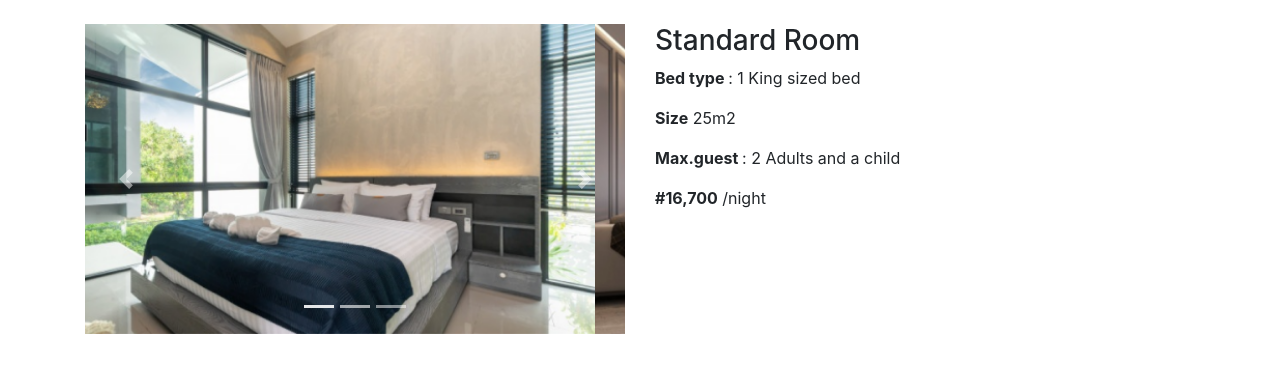
Repository: Syfon01/hotel-website
Page: room.html
These files come from the project's save history. The page is drawn as it stood at one moment and after the next save; the edit follows.
The browser window is 1280 px wide. The pictures show the whole page.

Above is the page before, as saved 2020-06-08 15:23:39.

### room.html
<!doctype html>
<html lang="en">
  <head>
    <title>Title</title>
    <!-- Required meta tags -->
    <meta charset="utf-8">
    <meta name="viewport" content="width=device-width, initial-scale=1, shrink-to-fit=no">

    <!-- Bootstrap CSS -->
    <link rel="stylesheet" href="https://stackpath.bootstrapcdn.com/bootstrap/4.3.1/css/bootstrap.min.css" integrity="sha384-ggOyR0iXCbMQv3Xipma34MD+dH/1fQ784/j6cY/iJTQUOhcWr7x9JvoRxT2MZw1T" crossorigin="anonymous">
    <link rel="stylesheet" href="room.css">
  </head>
  <body>
      <div class="container">
        <div class="row py-4">
          <div class="col-md-6 col-lg-6 col-12 col-sm-12">
            <div id="carouselExampleIndicators" class="carousel slide" data-ride="carousel">
              <ol class="carousel-indicators">
                <li data-target="#carouselExampleIndicators" data-slide-to="0" class="active"></li>
                <li data-target="#carouselExampleIndicators" data-slide-to="1"></li>
                <li data-target="#carouselExampleIndicators" data-slide-to="2"></li>
              </ol>
              <div class="carousel-inner">
                <div class="carousel-item active">
                  <img src="./img/hotel1.png" class="d-block w-100" alt="...">
                </div>
                <div class="carousel-item">
                  <img src="./img/hotel2.png" class="d-block w-100" alt="...">
                </div>
                <div class="carousel-item">
                  <img src="./img/hotel3.png" class="d-block w-100" alt="...">
                </div>
              </div>
              <a class="carousel-control-prev" href="#carouselExampleIndicators" role="button" data-slide="prev">
                <span class="carousel-control-prev-icon" aria-hidden="true"></span>
                <span class="sr-only">Previous</span>
              </a>
              <a class="carousel-control-next" href="#carouselExampleIndicators" role="button" data-slide="next">
                <span class="carousel-control-next-icon" aria-hidden="true"></span>
                <span class="sr-only">Next</span>
              </a>
            </div>
          </div>
          <div class="col-md-6 col-lg-6 col-12 col-sm-12">
            <h3 class="text-purple">Standard Room</h3>
            <p class="text-purple"><span class="font-weight-bold">Bed type </span>: 1 King sized bed</p>
            <p class="text-purple"><span class="font-weight-bold">Size</span> 25m2</p>
            <p class="text-purple"><span class="font-weight-bold">Max.guest </span>: 2 Adults and a child</p>
            <p class="text-purple"><span class="font-weight-bold">#16,700</span> /night</p>
          </div>
        </div>
      </div>
    <!-- Optional JavaScript -->
    <!-- jQuery first, then Popper.js, then Bootstrap JS -->
    <script src="https://code.jquery.com/jquery-3.3.1.slim.min.js" integrity="sha384-q8i/X+965DzO0rT7abK41JStQIAqVgRVzpbzo5smXKp4YfRvH+8abtTE1Pi6jizo" crossorigin="anonymous"></script>
    <script src="https://cdnjs.cloudflare.com/ajax/libs/popper.js/1.14.7/umd/popper.min.js" integrity="sha384-UO2eT0CpHqdSJQ6hJty5KVphtPhzWj9WO1clHTMGa3JDZwrnQq4sF86dIHNDz0W1" crossorigin="anonymous"></script>
    <script src="https://stackpath.bootstrapcdn.com/bootstrap/4.3.1/js/bootstrap.min.js" integrity="sha384-JjSmVgyd0p3pXB1rRibZUAYoIIy6OrQ6VrjIEaFf/nJGzIxFDsf4x0xIM+B07jRM" crossorigin="anonymous"></script>
  </body>
</html>

### room.css
.text-purple:{
 color: #333333
}

After the next save:
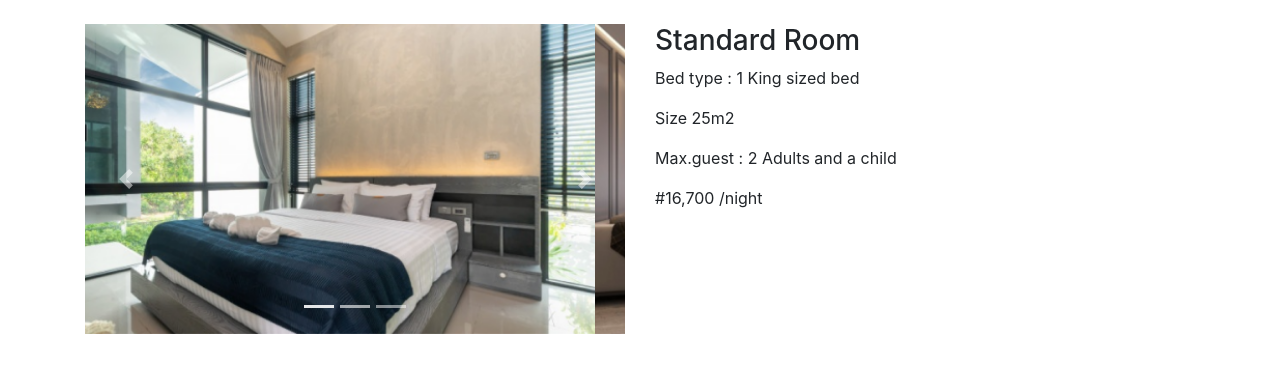
Saved 24 s later.
--- a/room.html
+++ b/room.html
@@ -43,10 +43,10 @@
           </div>
           <div class="col-md-6 col-lg-6 col-12 col-sm-12">
             <h3 class="text-purple">Standard Room</h3>
-            <p class="text-purple"><span class="font-weight-bold">Bed type </span>: 1 King sized bed</p>
-            <p class="text-purple"><span class="font-weight-bold">Size</span> 25m2</p>
-            <p class="text-purple"><span class="font-weight-bold">Max.guest </span>: 2 Adults and a child</p>
-            <p class="text-purple"><span class="font-weight-bold">#16,700</span> /night</p>
+            <p class="text-purple"><span class="font-weight">Bed type </span>: 1 King sized bed</p>
+            <p class="text-purple"><span class="font-weight">Size</span> 25m2</p>
+            <p class="text-purple"><span class="font-weight">Max.guest </span>: 2 Adults and a child</p>
+            <p class="text-purple"><span class="font-weight">#16,700</span> /night</p>
           </div>
         </div>
       </div>
